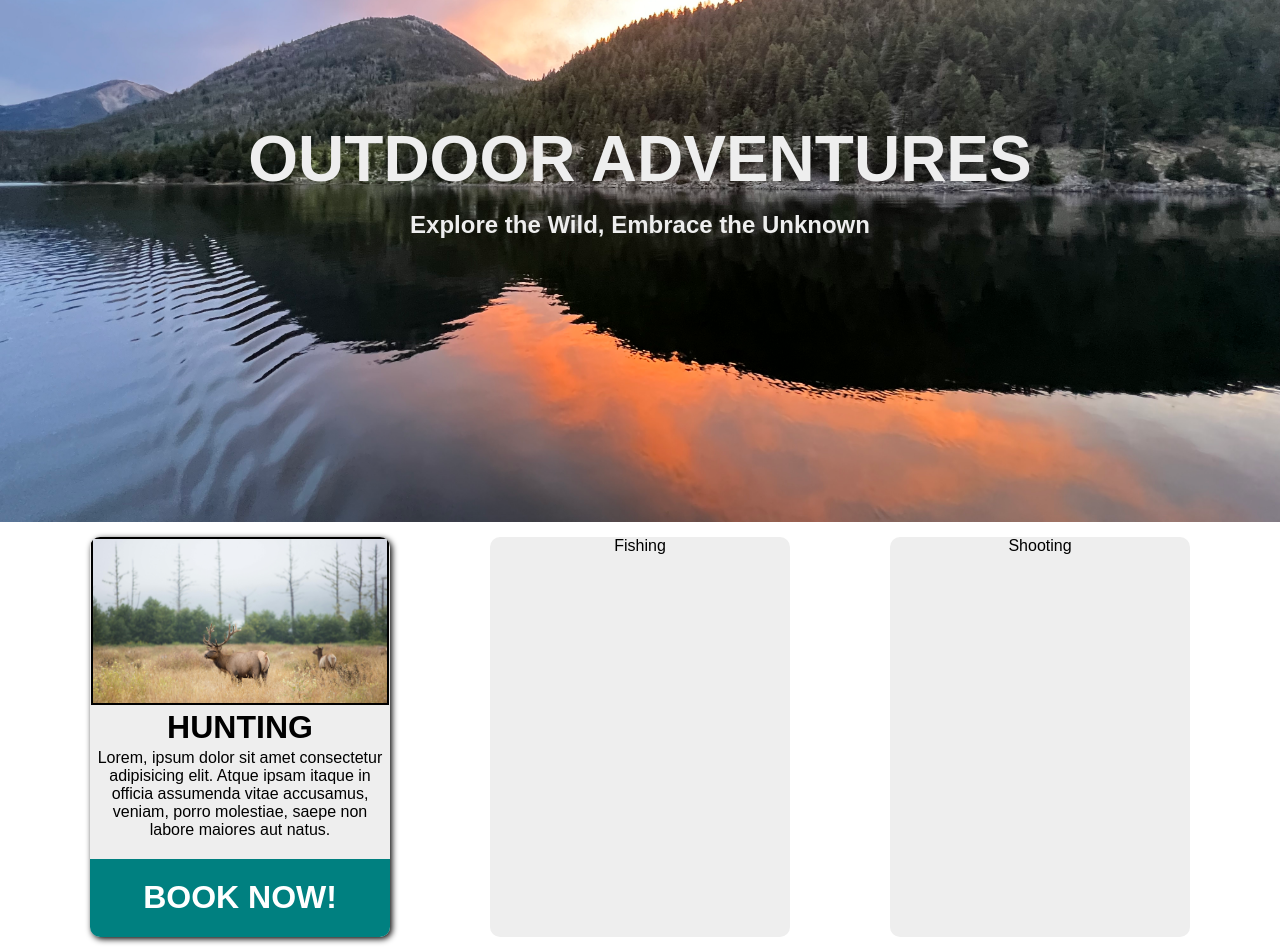
Repository: iforgotmylogin/WebDesignFinal
Page: index.html
These files come from the project's save history. The page is drawn as it stood at one moment and after the next save; the edit follows.
The browser window is 1280 px wide. The pictures show the part of the page from y = 290 to 1242 px (the page is 1242 px tall).
A picture or video elsewhere on the page could not be fetched, so the positions and the page height are approximate.

Above is the page before, as saved 2024-04-07 18:44:36.

### index.html
<!DOCTYPE html>
<html lang="en">
<head>
    <link rel="stylesheet" href="css/global.css">
    <link rel="stylesheet" href="css/navbar.css">
    <link rel="stylesheet" href="css/dropdown.css">
    <link rel="stylesheet" href="https://cdn.jsdelivr.net/npm/aos@2.3.4/dist/aos.css">
    <link rel="stylesheet" href="css/homepage.css">
    <meta http-equiv="X-UA-Compatible" content ="IE=edge">
    <meta charset="UTF-8">
    <meta name="viewport" content="width=device-width, initial-scale=1.0">
    <title>Outdoor Adventures</title>
</head>
<body>
    <header>
        <a href="#"><img src="images/outdoor-adventure-logo-color.png" alt="Logo" class="logo"></a>
       <nav>
        <ul>
            <li>
                <a href="#">About</a>
            </li>
            <li class="dropdown">
                <a href="html/Booking.html">Booking</a>
                <div class="dropdown-content">
                    <a href="#">Hunting</a>
                    <a href="#">Fishing</a>
                    <a href="#">Shooting</a>
                    <a href="#">ATV Rental</a>
                </div>
            </li>
            <li>
                <a href="html/Reviews.html">Reviews</a>
            </li>
            <li>
                <a href="#">Careers</a>
            </li>
            <li>
                <a href="#">Contact</a>
            </li>
        </ul>
    </nav>



    </header>
    <main class="hero_image">
        <h1>Outdoor Adventures</h1>
        <h2>Explore the Wild, Embrace the Unknown</h2>
    </main>

    <div class="container">
        <a  href="#" data-aos="fade-up" class="box hunting">
            <img src="images/HuntingBackdrop.jpg" alt="Image of an Elk">
            <h1>Hunting</h1>
            <p>Lorem, ipsum dolor sit amet consectetur adipisicing elit. Atque ipsam itaque in officia assumenda vitae accusamus, veniam, porro molestiae, saepe non labore maiores aut natus.</p>
            <div class="home-booking-button">
                <h1>Book Now!</h1>
            </div>
        </a>

        <div data-aos="fade-up" class="box Fishing">Fishing</div>

        <div data-aos="fade-up" class="box Shooting">Shooting</div>
    </div>



    <!-- Use <div data-aos="fade-up"><div> for really cool animations that use this java script!! -->
    <script src="https://cdn.jsdelivr.net/npm/aos@2.3.4/dist/aos.js"></script>
    <script>
      AOS.init();
    </script>
</body>
</html>

### css/global.css
*{
    font-family: Arial, Helvetica, sans-serif;
}
.hero_image{
    position: absolute;
    z-index: 1;
    margin: 0 auto;
    justify-content: center;
    top: 0px;
    padding: 50px;
    height: 600px;
    position: relative;
    background-image: url("../images/IMG_0679.jpeg");
    background-size: cover;
    background-position: center;
}

.hero_image h1{
    font-size: 400%;
    color: #eee;
    text-transform: uppercase;
    text-align: center;
    margin: 250px 0 auto;
}

.hero_image h2{
    margin: 15px 0 auto;
    text-align: uppercase;
    text-align: center;
    color:#eee;
}

h1.global{
    text-align: center;
}

#usrReview_1{
    outline: 2px solid red; /*This is for "debugging" where the div is and how it's behaving*/

    padding: 30px;
}

#userPfp{
    float: left;
    max-width: 90%;
    width: 200px;
    margin-right: 10px; /* adds some spacing between the image and the text*/

}

### css/navbar.css
body{
    margin:0px;
}


header{
    display: flex;
    justify-content: space-between;
    background-color: #eee;
    border-bottom: 5px white;
    box-shadow: 0 0 5px rgba(0,0,0,.2);
}

header .logo{
    height: 100px;
    padding:4px;
}

header nav{
    display: flex;
    align-items: center;
}
header nav ul{
    margin: 0px;
    padding: 0px;
    text-align: right;
    display: flex;
    width: 100%;
    justify-content: end;
}
header nav ul li{
    list-style-type: none;
}

header nav ul li a{
  text-decoration: none;
  color: #666;
  font-weight: bold;
  font-size:15px;
  text-transform:uppercase;
  font-family:Helvetica, sans-serif;
  padding:49px 30px;
  transition: all .3s linear;
}
header nav ul li a:hover{
    background-color:teal;
    color:white;
}

header nav ul li a.active{
    background-color: burlywood;
}

### css/dropdown.css
.dropbtn {
    background-color: #eee;
    color: white;
    padding: 16px;
    font-size: 16px;
    border: none;
  }

  .dropdown {
    align-items: center;
    display: inline-block;
  }

  .dropdown-content {
    display: none;
    position:absolute;
    background-color: #eee;
    min-width: 136px;
    box-shadow: 0px 8px 16px 0px rgba(0,0,0,0.2);
    z-index: 1;
    top: 14%;
    z-index: 2; /* Makes the dropdown menu appear over the hero image */
  }

  /* Links inside the dropdown */
  .dropdown-content a {
    color: black;
    padding: 12px 16px;
    text-decoration: none;
    text-align: center;
    display: block;
  }

  .dropdown-content a:hover {background-color: teal;}

  .dropdown:hover .dropdown-content {display: block;}

  .dropdown:hover .dropbtn {background-color: teal;}

### css/homepage.css
*{
    margin:0;
    padding:0;
}
.container{
    position:relative;
    width: 100%;
    height: auto;
    display: flex;
    flex-direction: row;
    justify-content: center;
}
.box{
    position: relative;
    width: 300px;
    height: 400px;
    background:#eee;
    text-align: center;
    margin: 15px;
    box-sizing: border-box;
    overflow: hidden;
    margin-left: 50px;
    margin-right: 50px;
    border-radius: 10px;
}
.container a{
    text-decoration: none;
    color:black;
    box-shadow: 2px 2px 6px black;
}
.box:hover{

}
.hunting img{
    width: 98%;
    border: 2px solid black;
}
.hunting h1{
    padding-bottom: 3px;
    text-transform: uppercase;
}
.hunting p{
    padding-bottom: 20px;
}
.home-booking-button{
    padding-top: 15px;
    padding-bottom: 20px;
    background-color: teal;
}
.home-booking-button h1{
    padding-top:5px;
    color:white;
}

After the next save:
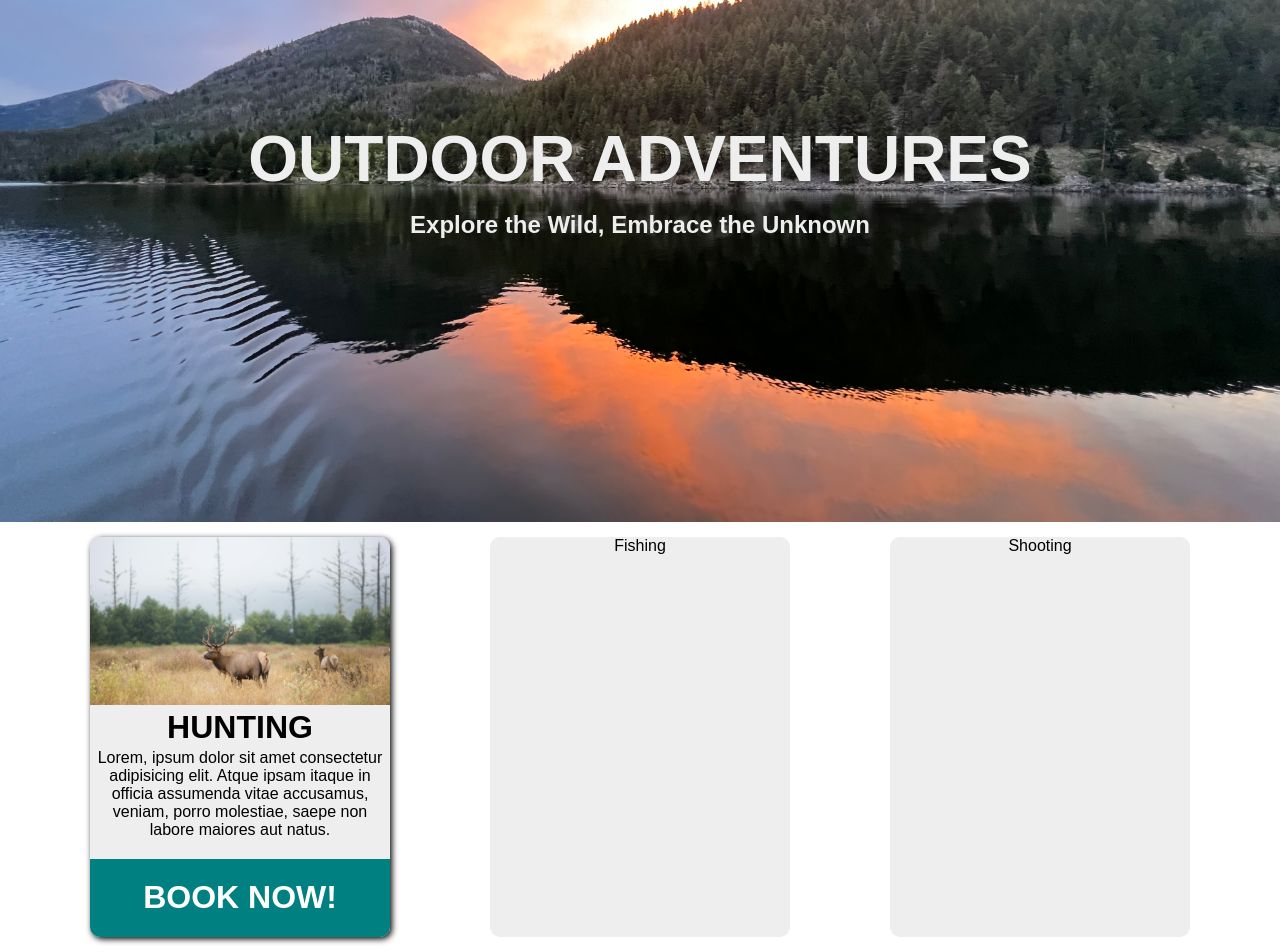
Saved 11 s later.
--- a/css/homepage.css
+++ b/css/homepage.css
@@ -32,8 +32,7 @@
 
 }
 .hunting img{
-    width: 98%;
-    border: 2px solid black;
+    width: 100%;
 }
 .hunting h1{
     padding-bottom: 3px;
